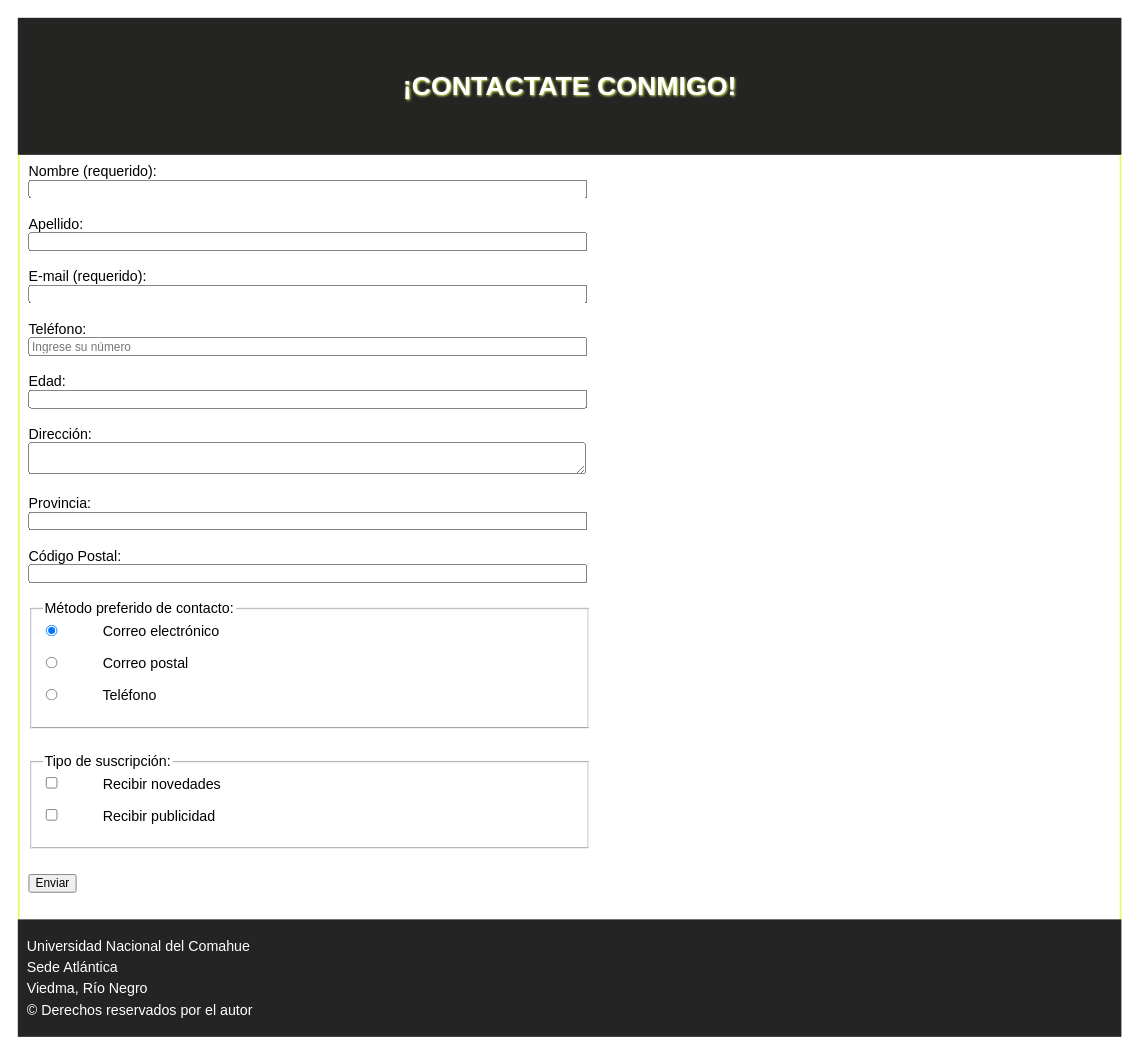
Repository: SofiaSferco/LaboratoriosPEYLW-SofiaSferco
Page: correcciones/contacto.html
These files come from the project's save history. The page is drawn as it stood at one moment and after a run of saves; the edit follows.
The browser window is 1280 px wide. The pictures show the whole page, at 89% of full size.

Above is the page before, as saved 2024-10-31 20:27:15.

After the next 2 saves:
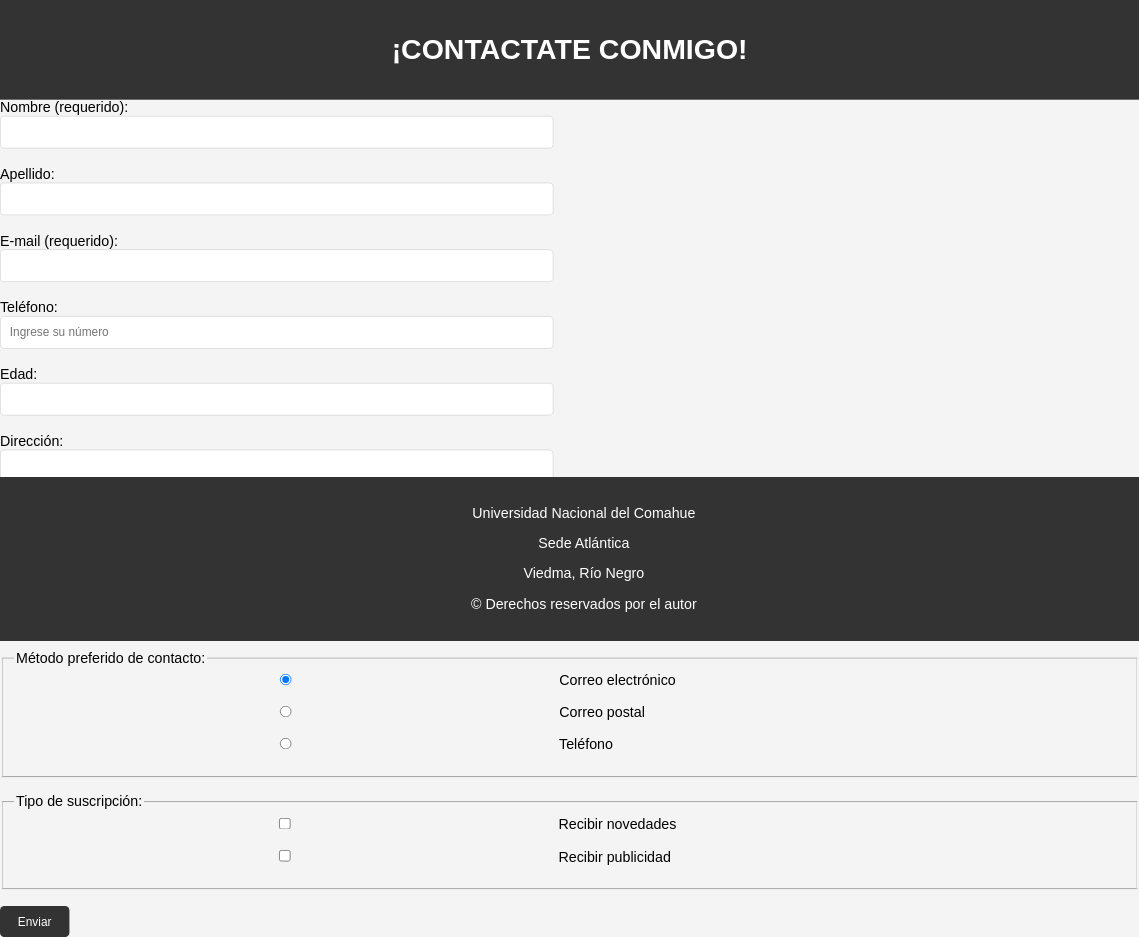
The 2 saves are shown as one change because they came seconds apart.
The last was saved 22 s later.
--- /dev/null
+++ b/correcciones/estilos.css
@@ -0,0 +1,70 @@
+/* Estilo para el cuerpo */
+body {
+    font-family: Arial, sans-serif;
+    background-color: #f4f4f4;
+    margin: 0;
+    padding: 0;
+}
+
+/* Estilos para el encabezado */
+header {
+    background-color: #333;
+    color: white;
+    text-align: center;
+    padding: 1em;
+}
+
+/* Estilos para la navegación */
+nav ul {
+    list-style-type: none;
+    padding: 0;
+    display: flex;
+    justify-content: center;
+}
+
+nav li {
+    margin: 0 10px;
+}
+
+nav a {
+    color: white;
+    text-decoration: none;
+}
+
+nav a:hover {
+    text-decoration: underline;
+}
+
+/* Estilos para el pie de página */
+footer {
+    background-color: #333;
+    color: white;
+    text-align: center;
+    padding: 1em;
+    position: fixed;
+    width: 100%;
+    bottom: 0;
+}
+
+/* Estilos para el formulario */
+form input, form textarea, form select {
+    width: 100%;
+    max-width: 600px;
+    padding: 10px;
+    margin-bottom: 20px;
+    border-radius: 5px;
+    border: 1px solid #ddd;
+}
+
+button {
+    background-color: #333;
+    color: white;
+    padding: 10px 20px;
+    border: none;
+    border-radius: 5px;
+    cursor: pointer;
+}
+
+button:hover {
+    background-color: #555;
+}
